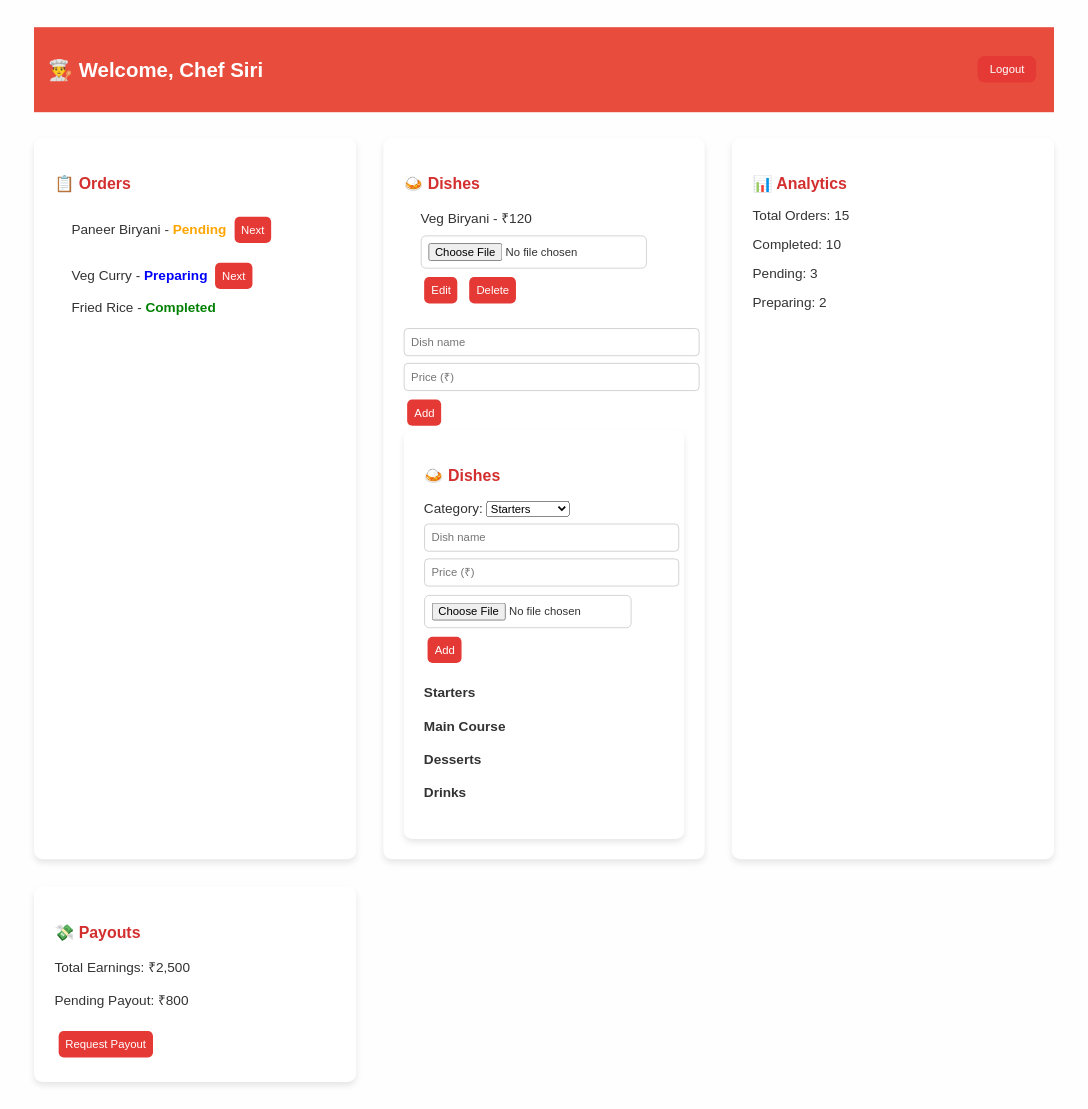
Repository: 1Siri7/chef
Page: dashboard.html
An editor plug-in stored every save of this project. The page is shown before and after a run of saves, followed by the edit.
The browser window is 1280 px wide. The pictures show the whole page, at 85% of full size.

Above is the page before, as saved 2025-07-29 18:20:58.

### dashboard.html
<!DOCTYPE html>
<html lang="en">
<head>
  <meta charset="UTF-8">
  <title>Chef Dashboard - Zavoryaf</title>
  <link rel="stylesheet" href="style.css">
  <style>
    body { font-family: Arial, sans-serif; margin: 0; padding: 0; background-color: #fefefe; }
    header { background-color: #e74c3c; color: white; padding: 1rem; display: flex; justify-content: space-between; align-items: center; }
    .dashboard-container { max-width: 1200px; margin: auto; padding: 2rem; }
    .dashboard { display: grid; grid-template-columns: repeat(auto-fit, minmax(300px, 1fr)); gap: 2rem; }
    .card { background: white; padding: 1.5rem; border-radius: 10px; box-shadow: 0 4px 8px rgba(0,0,0,0.1); }
    .status { font-weight: bold; }
    .pending { color: orange; }
    .preparing { color: blue; }
    .completed { color: green; }
    button { background: #e74c3c; color: white; border: none; padding: 0.5rem 1rem; margin: 0.3rem; border-radius: 5px; cursor: pointer; }
    button:hover { background: #c0392b; }
    input[type="text"], input[type="number"] { width: 100%; padding: 0.5rem; margin-top: 0.5rem; border: 1px solid #ccc; border-radius: 5px; }
    ul { list-style-type: none; padding: 0; }
    li { margin: 0.5rem 0; }
  </style>
</head>
<body>
  <div class="dashboard-container">
    <header>
      <h2>👨‍🍳 Welcome, Chef Siri</h2>
      <button onclick="logout()">Logout</button>
    </header>

    <section class="dashboard">
      <!-- Orders Section -->
      <div class="card">
        <h3>📋 Orders</h3>
        <ul id="orderList">
          <li>Paneer Biryani - <span class="status pending">Pending</span> <button onclick="updateOrderStatus(this)">Next</button></li>
          <li>Veg Curry - <span class="status preparing">Preparing</span> <button onclick="updateOrderStatus(this)">Next</button></li>
          <li>Fried Rice - <span class="status completed">Completed</span></li>
        </ul>
      </div>

      <!-- Dishes Section -->
      <div class="card">
        <h3>🍛 Dishes</h3>
        <ul id="dishList">
          <li>
            Veg Biryani - ₹120
            <input type="file" onchange="previewImage(this)">
            <button onclick="editDish(this)">Edit</button>
            <button onclick="deleteDish(this)">Delete</button>
          </li>
        </ul>
        <input type="text" id="newDish" placeholder="Dish name" />
        <input type="number" id="dishPrice" placeholder="Price (₹)" />
        <button onclick="addDish()">Add</button>
        <!-- Dishes Section -->
<div class="card">
  <h3>🍛 Dishes</h3>

  <label for="category">Category:</label>
  <select id="dishCategory">
    <option value="starters">Starters</option>
    <option value="main-course">Main Course</option>
    <option value="desserts">Desserts</option>
    <option value="drinks">Drinks</option>
  </select>

  <input type="text" id="newDish" placeholder="Dish name" />
  <input type="number" id="dishPrice" placeholder="Price (₹)" />
  <input type="file" id="dishImage" accept="image/*" capture="environment" />

  <button onclick="addDish()">Add</button>

  <!-- Category Containers -->
  <h4>Starters</h4>
  <ul id="startersList"></ul>

  <h4>Main Course</h4>
  <ul id="main-courseList"></ul>

  <h4>Desserts</h4>
  <ul id="dessertsList"></ul>

  <h4>Drinks</h4>
  <ul id="drinksList"></ul>
</div>

      </div>

      <!-- Analytics Section -->
      <div class="card">
        <h3>📊 Analytics</h3>
        <p>Total Orders: 15</p>
        <p>Completed: 10</p>
        <p>Pending: 3</p>
        <p>Preparing: 2</p>
      </div>

      <!-- Payout Section -->
      <div class="card">
        <h3>💸 Payouts</h3>
        <p>Total Earnings: ₹2,500</p>
        <p>Pending Payout: ₹800</p>
        <button>Request Payout</button>
      </div>
    </section>
  </div>

  <script>
    function logout() {
      window.location.href = "index.html";
    }

    function addDish() {
      const nameInput = document.getElementById("newDish");
      const priceInput = document.getElementById("dishPrice");
      const dish = nameInput.value.trim();
      const price = priceInput.value.trim();
      if (dish && price) {
        const li = document.createElement("li");
        li.innerHTML = `${dish} - ₹${price} <input type='file' onchange='previewImage(this)'>
                        <button onclick='editDish(this)'>Edit</button>
                        <button onclick='deleteDish(this)'>Delete</button>`;
        document.getElementById("dishList").appendChild(li);
        nameInput.value = "";
        priceInput.value = "";
      }
    }

    function deleteDish(btn) {
      btn.parentElement.remove();
    }

    function editDish(btn) {
      const li = btn.parentElement;
      const textParts = li.firstChild.textContent.split(" - ₹");
      const currentName = textParts[0].trim();
      const currentPrice = textParts[1]?.trim() || "";
      const newName = prompt("Edit dish name:", currentName);
      const newPrice = prompt("Edit dish price:", currentPrice);
      if (newName && newPrice) {
        li.innerHTML = `${newName} - ₹${newPrice} <input type='file' onchange='previewImage(this)'>
                        <button onclick='editDish(this)'>Edit</button>
                        <button onclick='deleteDish(this)'>Delete</button>`;
      }
    }

    function previewImage(input) {
      const file = input.files[0];
      if (file) alert("Selected file: " + file.name);
    }

    function updateOrderStatus(button) {
      const statusSpan = button.previousElementSibling;
      const currentStatus = statusSpan.textContent.toLowerCase();
      if (currentStatus === "pending") {
        statusSpan.textContent = "Preparing";
        statusSpan.className = "status preparing";
      } else if (currentStatus === "preparing") {
        statusSpan.textContent = "Completed";
        statusSpan.className = "status completed";
        button.remove();
      }
    }
  </script>
</body>
</html>

### style.css
body {
  font-family: 'Segoe UI', sans-serif;
  margin: 0;
  background: #fff;
  color: #333;
}

.auth-container {
  max-width: 400px;
  margin: 60px auto;
  padding: 2rem;
  border: 2px solid #e53935;
  border-radius: 15px;
  text-align: center;
  background: #fff;
  box-shadow: 0 0 10px #f8d7da;
}

h1 {
  color: #e53935;
}

.form-toggle {
  display: flex;
  justify-content: center;
  margin-bottom: 1rem;
}

.form-toggle button {
  padding: 10px 20px;
  border: none;
  background: #fff;
  color: #e53935;
  cursor: pointer;
  font-weight: bold;
  border-bottom: 2px solid transparent;
}

.form-toggle button.active {
  border-bottom: 2px solid #e53935;
}

.auth-form {
  display: flex;
  flex-direction: column;
  gap: 10px;
}

.auth-form input {
  padding: 10px;
  border: 1px solid #ddd;
  border-radius: 8px;
}

.auth-form button {
  background: #e53935;
  color: #fff;
  border: none;
  padding: 10px;
  border-radius: 8px;
  cursor: pointer;
}

.auth-form.hidden {
  display: none;
}

/* Dashboard Styling */
.dashboard-container {
  max-width: 800px;
  margin: 50px auto;
  padding: 20px;
}

header {
  display: flex;
  justify-content: space-between;
  align-items: center;
}

header button {
  background: #e53935;
  color: #fff;
  border: none;
  padding: 8px 14px;
  border-radius: 8px;
  cursor: pointer;
}

.dashboard {
  display: flex;
  gap: 20px;
  margin-top: 30px;
}

.card {
  background: #ffeaea;
  padding: 20px;
  flex: 1;
  border-radius: 12px;
  box-shadow: 0 0 8px #f8c0c0;
}

.card h3 {
  color: #d32f2f;
}

.card ul {
  padding-left: 20px;
}

.card input {
  padding: 8px;
  width: 80%;
  border-radius: 6px;
  border: 1px solid #ccc;
  margin-top: 10px;
}

.card button {
  margin-top: 10px;
  padding: 8px;
  background: #e53935;
  color: white;
  border: none;
  border-radius: 6px;
}

### script.js
const loginBtn = document.getElementById("loginBtn");
const registerBtn = document.getElementById("registerBtn");
const loginForm = document.getElementById("loginForm");
const registerForm = document.getElementById("registerForm");

loginBtn.addEventListener("click", () => {
  loginForm.classList.remove("hidden");
  registerForm.classList.add("hidden");
  loginBtn.classList.add("active");
  registerBtn.classList.remove("active");
});

registerBtn.addEventListener("click", () => {
  registerForm.classList.remove("hidden");
  loginForm.classList.add("hidden");
  registerBtn.classList.add("active");
  loginBtn.classList.remove("active");
});

// Redirect on submit
loginForm.addEventListener("submit", (e) => {
  e.preventDefault();
  window.location.href = "dashboard.html";
});

registerForm.addEventListener("submit", (e) => {
  e.preventDefault();
  window.location.href = "dashboard.html";
});
<script>
  function logout() {
    window.location.href = "index.html";
  }

  function addDish() {
    const nameInput = document.getElementById("newDish");
    const priceInput = document.getElementById("dishPrice");
    const imageInput = document.getElementById("dishImage");
    const category = document.getElementById("dishCategory").value;

    const dish = nameInput.value.trim();
    const price = priceInput.value.trim();
    const imageFile = imageInput.files[0];

    if (!imageFile) {
      alert("Please select an image before adding a dish.");
      return;
    }

    if (dish && price) {
      const reader = new FileReader();
      reader.onload = function (e) {
        const li = document.createElement("li");
        li.innerHTML = `
          <img src="${e.target.result}" alt="${dish}" style="max-width: 100px; display:block; margin-bottom:5px;">
          ${dish} - ₹${price}
          <button onclick='editDish(this)'>Edit</button>
          <button onclick='deleteDish(this)'>Delete</button>`;
        document.getElementById(`${category}List`).appendChild(li);
      };
      reader.readAsDataURL(imageFile);

      nameInput.value = "";
      priceInput.value = "";
      imageInput.value = "";
    }
  }

  function deleteDish(btn) {
    btn.parentElement.remove();
  }

  function editDish(btn) {
    const li = btn.parentElement;
    const text = li.innerText.split("\n")[1]; // After image
    const textParts = text.split(" - ₹");
    const currentName = textParts[0].trim();
    const currentPrice = textParts[1]?.trim() || "";
    const newName = prompt("Edit dish name:", currentName);
    const newPrice = prompt("Edit dish price:", currentPrice);
    if (newName && newPrice) {
      const imgSrc = li.querySelector("img").src;
      li.innerHTML = `
        <img src="${imgSrc}" style="max-width: 100px; display:block; margin-bottom:5px;">
        ${newName} - ₹${newPrice}
        <button onclick='editDish(this)'>Edit</button>
        <button onclick='deleteDish(this)'>Delete</button>`;
    }
  }

  function updateOrderStatus(button) {
    const statusSpan = button.previousElementSibling;
    const currentStatus = statusSpan.textContent.toLowerCase();
    if (currentStatus === "pending") {
      statusSpan.textContent = "Preparing";
      statusSpan.className = "status preparing";
    } else if (currentStatus === "preparing") {
      statusSpan.textContent = "Completed";
      statusSpan.className = "status completed";
      button.remove();
    }
  }

  function previewImage(input) {
    const file = input.files[0];
    if (file) alert("Selected file: " + file.name);
  }

After the next 2 saves:
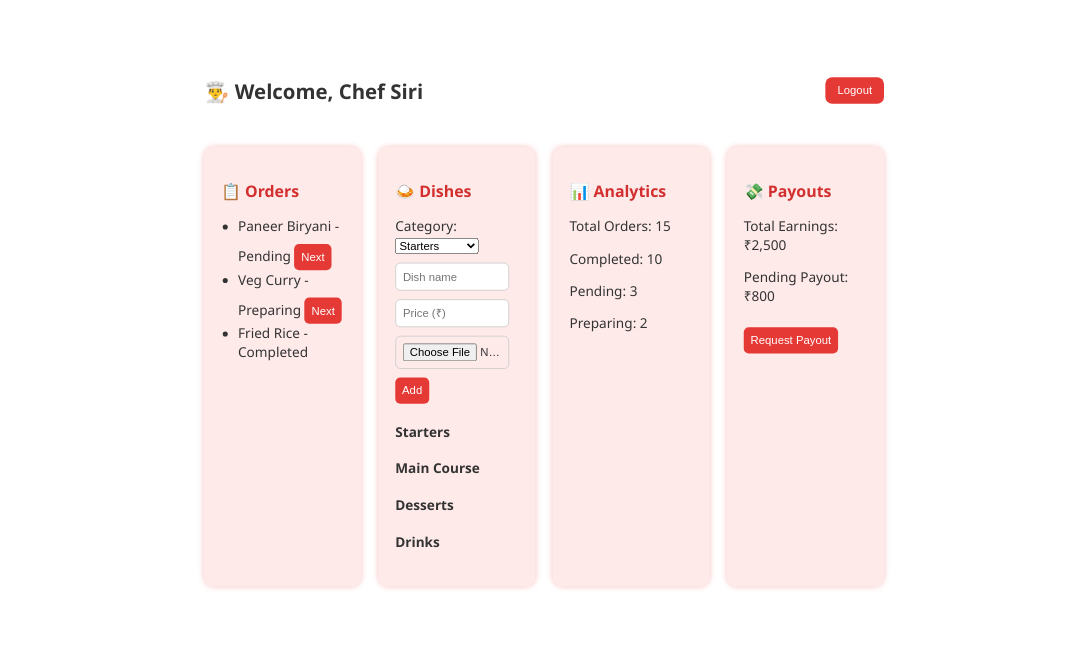
Console error: SyntaxError: Unexpected token '<'
The 2 saves are shown as one change because they came seconds apart.
The last was saved 6 min 24 s later.
--- a/dashboard.html
+++ b/dashboard.html
@@ -4,22 +4,6 @@
   <meta charset="UTF-8">
   <title>Chef Dashboard - Zavoryaf</title>
   <link rel="stylesheet" href="style.css">
-  <style>
-    body { font-family: Arial, sans-serif; margin: 0; padding: 0; background-color: #fefefe; }
-    header { background-color: #e74c3c; color: white; padding: 1rem; display: flex; justify-content: space-between; align-items: center; }
-    .dashboard-container { max-width: 1200px; margin: auto; padding: 2rem; }
-    .dashboard { display: grid; grid-template-columns: repeat(auto-fit, minmax(300px, 1fr)); gap: 2rem; }
-    .card { background: white; padding: 1.5rem; border-radius: 10px; box-shadow: 0 4px 8px rgba(0,0,0,0.1); }
-    .status { font-weight: bold; }
-    .pending { color: orange; }
-    .preparing { color: blue; }
-    .completed { color: green; }
-    button { background: #e74c3c; color: white; border: none; padding: 0.5rem 1rem; margin: 0.3rem; border-radius: 5px; cursor: pointer; }
-    button:hover { background: #c0392b; }
-    input[type="text"], input[type="number"] { width: 100%; padding: 0.5rem; margin-top: 0.5rem; border: 1px solid #ccc; border-radius: 5px; }
-    ul { list-style-type: none; padding: 0; }
-    li { margin: 0.5rem 0; }
-  </style>
 </head>
 <body>
   <div class="dashboard-container">
@@ -42,49 +26,30 @@
       <!-- Dishes Section -->
       <div class="card">
         <h3>🍛 Dishes</h3>
-        <ul id="dishList">
-          <li>
-            Veg Biryani - ₹120
-            <input type="file" onchange="previewImage(this)">
-            <button onclick="editDish(this)">Edit</button>
-            <button onclick="deleteDish(this)">Delete</button>
-          </li>
-        </ul>
+        <label for="dishCategory">Category:</label>
+        <select id="dishCategory">
+          <option value="starters">Starters</option>
+          <option value="main-course">Main Course</option>
+          <option value="desserts">Desserts</option>
+          <option value="drinks">Drinks</option>
+        </select>
+
         <input type="text" id="newDish" placeholder="Dish name" />
         <input type="number" id="dishPrice" placeholder="Price (₹)" />
+        <input type="file" id="dishImage" accept="image/*" capture="environment" />
         <button onclick="addDish()">Add</button>
-        <!-- Dishes Section -->
-<div class="card">
-  <h3>🍛 Dishes</h3>
 
-  <label for="category">Category:</label>
-  <select id="dishCategory">
-    <option value="starters">Starters</option>
-    <option value="main-course">Main Course</option>
-    <option value="desserts">Desserts</option>
-    <option value="drinks">Drinks</option>
-  </select>
+        <h4>Starters</h4>
+        <ul id="startersList"></ul>
 
-  <input type="text" id="newDish" placeholder="Dish name" />
-  <input type="number" id="dishPrice" placeholder="Price (₹)" />
-  <input type="file" id="dishImage" accept="image/*" capture="environment" />
+        <h4>Main Course</h4>
+        <ul id="main-courseList"></ul>
 
-  <button onclick="addDish()">Add</button>
+        <h4>Desserts</h4>
+        <ul id="dessertsList"></ul>
 
-  <!-- Category Containers -->
-  <h4>Starters</h4>
-  <ul id="startersList"></ul>
-
-  <h4>Main Course</h4>
-  <ul id="main-courseList"></ul>
-
-  <h4>Desserts</h4>
-  <ul id="dessertsList"></ul>
-
-  <h4>Drinks</h4>
-  <ul id="drinksList"></ul>
-</div>
-
+        <h4>Drinks</h4>
+        <ul id="drinksList"></ul>
       </div>
 
       <!-- Analytics Section -->
@@ -106,62 +71,6 @@
     </section>
   </div>
 
-  <script>
-    function logout() {
-      window.location.href = "index.html";
-    }
-
-    function addDish() {
-      const nameInput = document.getElementById("newDish");
-      const priceInput = document.getElementById("dishPrice");
-      const dish = nameInput.value.trim();
-      const price = priceInput.value.trim();
-      if (dish && price) {
-        const li = document.createElement("li");
-        li.innerHTML = `${dish} - ₹${price} <input type='file' onchange='previewImage(this)'>
-                        <button onclick='editDish(this)'>Edit</button>
-                        <button onclick='deleteDish(this)'>Delete</button>`;
-        document.getElementById("dishList").appendChild(li);
-        nameInput.value = "";
-        priceInput.value = "";
-      }
-    }
-
-    function deleteDish(btn) {
-      btn.parentElement.remove();
-    }
-
-    function editDish(btn) {
-      const li = btn.parentElement;
-      const textParts = li.firstChild.textContent.split(" - ₹");
-      const currentName = textParts[0].trim();
-      const currentPrice = textParts[1]?.trim() || "";
-      const newName = prompt("Edit dish name:", currentName);
-      const newPrice = prompt("Edit dish price:", currentPrice);
-      if (newName && newPrice) {
-        li.innerHTML = `${newName} - ₹${newPrice} <input type='file' onchange='previewImage(this)'>
-                        <button onclick='editDish(this)'>Edit</button>
-                        <button onclick='deleteDish(this)'>Delete</button>`;
-      }
-    }
-
-    function previewImage(input) {
-      const file = input.files[0];
-      if (file) alert("Selected file: " + file.name);
-    }
-
-    function updateOrderStatus(button) {
-      const statusSpan = button.previousElementSibling;
-      const currentStatus = statusSpan.textContent.toLowerCase();
-      if (currentStatus === "pending") {
-        statusSpan.textContent = "Preparing";
-        statusSpan.className = "status preparing";
-      } else if (currentStatus === "preparing") {
-        statusSpan.textContent = "Completed";
-        statusSpan.className = "status completed";
-        button.remove();
-      }
-    }
-  </script>
+  <script src="script.js"></script>
 </body>
 </html>
